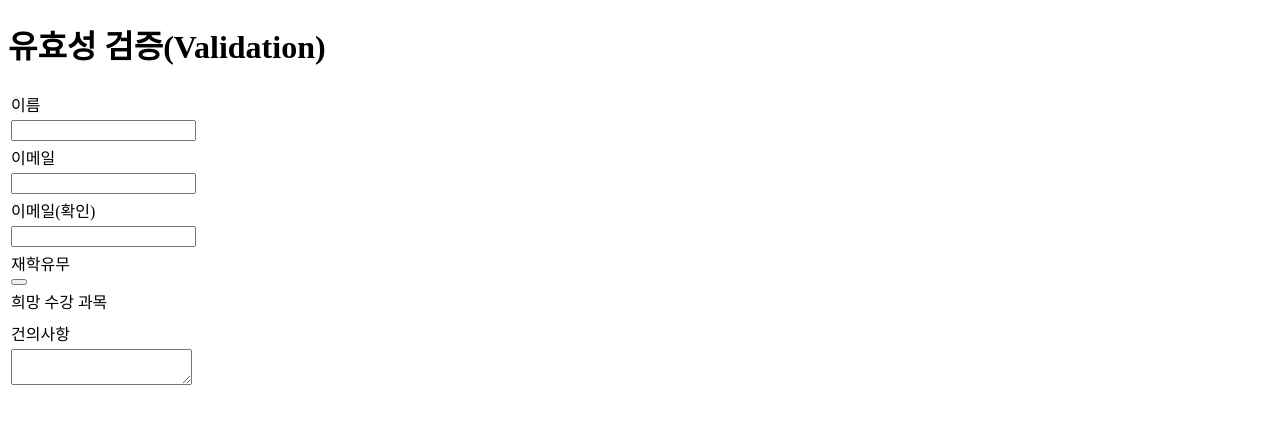
Repository: brotherdoor/myworkplace
Page: http://localhost/AjaxWithXML/validation.jsp
An editor plug-in stored every save of this project. The page is shown before and after the next save, followed by the edit.
The browser window is 1280 px wide. The pictures show the whole page.
Some web libraries are served in a nearby version. The page is served by Tomcat 9.

Above is the page before, as saved 2017-03-10 02:38:47.

After the next save:
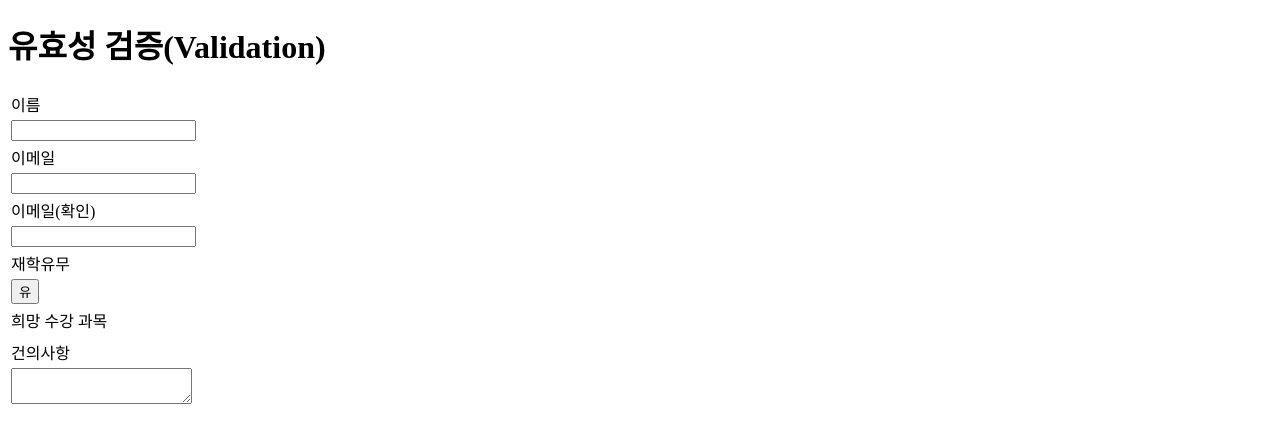
Saved 4 s later.
--- a/mybatis/AjaxWithXML/WebContent/validation.jsp
+++ b/mybatis/AjaxWithXML/WebContent/validation.jsp
@@ -19,7 +19,7 @@
 			<tr><td>이메일(확인)</td></tr>
 			<tr><td><input type="text" id="name"></td></tr>
 			<tr><td>재학유무</td></tr>
-			<tr><td><button type="radio"></button></td></tr>
+			<tr><td><button type="radio">유</button></td></tr>
 			<tr><td>희망 수강 과목</td></tr>
 			<tr><td></td></tr>
 			<tr><td>건의사항</td></tr>
